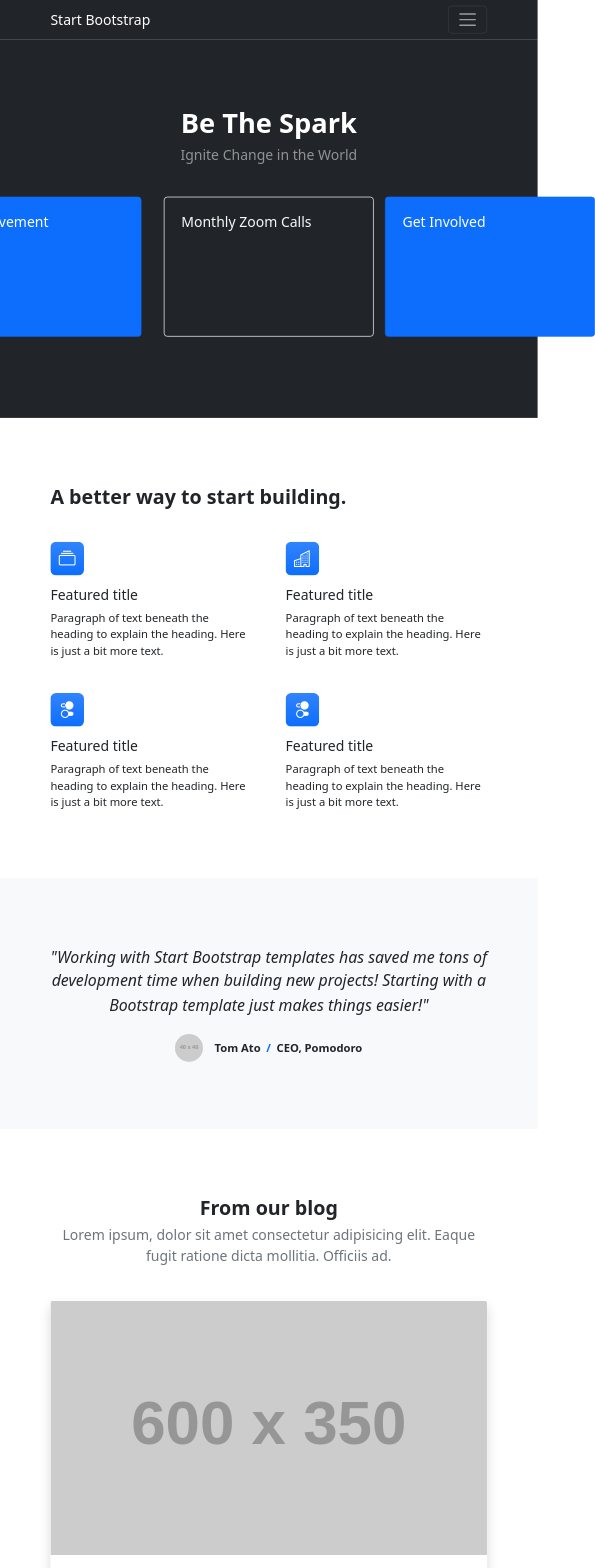
Repository: DragonFruit8/BeTheSpark
Page: index.html
These files come from the project's save history. The page is drawn as it stood at one moment and after the next save; the edit follows.
The browser window is 768 px wide. The page is 850 px wide, then 768 px, so the pictures cover 850 px, including what lies to the right of the window. The pictures show the part of the page from y = 0 to 2240 px (the page is 4286 px tall), at 70% of full size.

Above is the page before, as saved 2024-01-05 08:20:38.

### index.html
<!DOCTYPE html>
<html lang="en">
    <head>
        <meta charset="utf-8" />
        <meta name="viewport" content="width=device-width, initial-scale=1, shrink-to-fit=no" />
        <meta name="description" content="" />
        <meta name="author" content="" />
        <title>Modern Business - Start Bootstrap Template</title>
        <!-- Favicon-->
        <link rel="icon" type="image/x-icon" href="assets/favicon.ico" />
        <!-- Bootstrap icons-->
        <link href="https://cdn.jsdelivr.net/npm/bootstrap-icons@1.5.0/font/bootstrap-icons.css" rel="stylesheet" />
        <!-- Core theme CSS (includes Bootstrap)-->
        <link href="css/styles.css" rel="stylesheet" />
        <link href="css/home.css" rel="stylesheet" />
    </head>
    <body class="d-flex flex-column h-100">
        <main class="flex-shrink-0">
            <!-- Navigation-->
            <nav class="navbar navbar-expand-lg navbar-dark bg-dark">
                <div class="container px-5">
                    <a class="navbar-brand" href="index.html">Start Bootstrap</a>
                    <button class="navbar-toggler" type="button" data-bs-toggle="collapse" data-bs-target="#navbarSupportedContent" aria-controls="navbarSupportedContent" aria-expanded="false" aria-label="Toggle navigation"><span class="navbar-toggler-icon"></span></button>
                    <div class="collapse navbar-collapse" id="navbarSupportedContent">
                        <ul class="navbar-nav ms-auto mb-2 mb-lg-0">
                            <li class="nav-item"><a class="nav-link" href="index.html">Home</a></li>
                            <li class="nav-item"><a class="nav-link" href="about.html">About</a></li>
                            <li class="nav-item"><a class="nav-link" href="contact.html">Contact</a></li>
                            <li class="nav-item"><a class="nav-link" href="pricing.html">Pricing</a></li>
                            <li class="nav-item"><a class="nav-link" href="faq.html">FAQ</a></li>
                            <li class="nav-item dropdown">
                                <a class="nav-link dropdown-toggle" id="navbarDropdownBlog" href="#" role="button" data-bs-toggle="dropdown" aria-expanded="false">Blog</a>
                                <ul class="dropdown-menu dropdown-menu-end" aria-labelledby="navbarDropdownBlog">
                                    <li><a class="dropdown-item" href="blog-home.html">Blog Home</a></li>
                                    <li><a class="dropdown-item" href="blog-post.html">Blog Post</a></li>
                                </ul>
                            </li>
                            <li class="nav-item dropdown">
                                <a class="nav-link dropdown-toggle" id="navbarDropdownPortfolio" href="#" role="button" data-bs-toggle="dropdown" aria-expanded="false">Portfolio</a>
                                <ul class="dropdown-menu dropdown-menu-end" aria-labelledby="navbarDropdownPortfolio">
                                    <li><a class="dropdown-item" href="portfolio-overview.html">Portfolio Overview</a></li>
                                    <li><a class="dropdown-item" href="portfolio-item.html">Portfolio Item</a></li>
                                </ul>
                            </li>
                        </ul>
                    </div>
                </div>
            </nav>
            <!-- Header-->
            <header class="bg-dark py-5">
                <div class="container px-5">
                    <div class="row gx-5 align-items-center justify-content-center">
                        <div class="col-lg-8 col-xl-7 col-xxl-6">
                            <div class="my-5 text-center text-xl-start">
                                <h1 class="display-5 fw-bolder text-white mb-2">Be The Spark</h1>
                                <p class="lead fw-normal text-white-50 mb-4">Ignite Change in the World</p>
                                <div id="CTA" class="d-grid gap-3 d-sm-flex justify-content-sm-center justify-content-xl-start">
                                    <a class="btn btn-primary w-100 h-100 btn-lg px-4 me-sm-3" href="#features">Our Movement</a>
                                    <a class="btn btn-outline-light w-100 h-100 btn-lg px-4" href="#!">Monthly Zoom Calls</a>
                                    <a class="btn btn-primary btn-lg w-100 h-100 px-4 me-sm-3" href="#features">Get Involved </a>
                                </div>
                            </div>
                        </div>
                        <div class="col-xl-5 col-xxl-6 d-none d-xl-block text-center"><img class="img-fluid rounded-3 my-5" src="https://dummyimage.com/600x400/343a40/6c757d" alt="..." /></div>
                    </div>
                </div>
            </header>
            <!-- Features section-->
            <section class="py-5" id="features">
                <div class="container px-5 my-5">
                    <div class="row gx-5">
                        <div class="col-lg-4 mb-5 mb-lg-0"><h2 class="fw-bolder mb-0">A better way to start building.</h2></div>
                        <div class="col-lg-8">
                            <div class="row gx-5 row-cols-1 row-cols-md-2">
                                <div class="col mb-5 h-100">
                                    <div class="feature bg-primary bg-gradient text-white rounded-3 mb-3"><i class="bi bi-collection"></i></div>
                                    <h2 class="h5">Featured title</h2>
                                    <p class="mb-0">Paragraph of text beneath the heading to explain the heading. Here is just a bit more text.</p>
                                </div>
                                <div class="col mb-5 h-100">
                                    <div class="feature bg-primary bg-gradient text-white rounded-3 mb-3"><i class="bi bi-building"></i></div>
                                    <h2 class="h5">Featured title</h2>
                                    <p class="mb-0">Paragraph of text beneath the heading to explain the heading. Here is just a bit more text.</p>
                                </div>
                                <div class="col mb-5 mb-md-0 h-100">
                                    <div class="feature bg-primary bg-gradient text-white rounded-3 mb-3"><i class="bi bi-toggles2"></i></div>
                                    <h2 class="h5">Featured title</h2>
                                    <p class="mb-0">Paragraph of text beneath the heading to explain the heading. Here is just a bit more text.</p>
                                </div>
                                <div class="col h-100">
                                    <div class="feature bg-primary bg-gradient text-white rounded-3 mb-3"><i class="bi bi-toggles2"></i></div>
                                    <h2 class="h5">Featured title</h2>
                                    <p class="mb-0">Paragraph of text beneath the heading to explain the heading. Here is just a bit more text.</p>
                                </div>
                            </div>
                        </div>
                    </div>
                </div>
            </section>
            <!-- Testimonial section-->
            <div class="py-5 bg-light">
                <div class="container px-5 my-5">
                    <div class="row gx-5 justify-content-center">
                        <div class="col-lg-10 col-xl-7">
                            <div class="text-center">
                                <div class="fs-4 mb-4 fst-italic">"Working with Start Bootstrap templates has saved me tons of development time when building new projects! Starting with a Bootstrap template just makes things easier!"</div>
                                <div class="d-flex align-items-center justify-content-center">
                                    <img class="rounded-circle me-3" src="https://dummyimage.com/40x40/ced4da/6c757d" alt="..." />
                                    <div class="fw-bold">
                                        Tom Ato
                                        <span class="fw-bold text-primary mx-1">/</span>
                                        CEO, Pomodoro
                                    </div>
                                </div>
                            </div>
                        </div>
                    </div>
                </div>
            </div>
            <!-- Blog preview section-->
            <section class="py-5">
                <div class="container px-5 my-5">
                    <div class="row gx-5 justify-content-center">
                        <div class="col-lg-8 col-xl-6">
                            <div class="text-center">
                                <h2 class="fw-bolder">From our blog</h2>
                                <p class="lead fw-normal text-muted mb-5">Lorem ipsum, dolor sit amet consectetur adipisicing elit. Eaque fugit ratione dicta mollitia. Officiis ad.</p>
                            </div>
                        </div>
                    </div>
                    <div class="row gx-5">
                        <div class="col-lg-4 mb-5">
                            <div class="card h-100 shadow border-0">
                                <img class="card-img-top" src="https://dummyimage.com/600x350/ced4da/6c757d" alt="..." />
                                <div class="card-body p-4">
                                    <div class="badge bg-primary bg-gradient rounded-pill mb-2">News</div>
                                    <a class="text-decoration-none link-dark stretched-link" href="#!"><h5 class="card-title mb-3">Blog post title</h5></a>
                                    <p class="card-text mb-0">Some quick example text to build on the card title and make up the bulk of the card's content.</p>
                                </div>
                                <div class="card-footer p-4 pt-0 bg-transparent border-top-0">
                                    <div class="d-flex align-items-end justify-content-between">
                                        <div class="d-flex align-items-center">
                                            <img class="rounded-circle me-3" src="https://dummyimage.com/40x40/ced4da/6c757d" alt="..." />
                                            <div class="small">
                                                <div class="fw-bold">Kelly Rowan</div>
                                                <div class="text-muted">March 12, 2023 &middot; 6 min read</div>
                                            </div>
                                        </div>
                                    </div>
                                </div>
                            </div>
                        </div>
                        <div class="col-lg-4 mb-5">
                            <div class="card h-100 shadow border-0">
                                <img class="card-img-top" src="https://dummyimage.com/600x350/adb5bd/495057" alt="..." />
                                <div class="card-body p-4">
                                    <div class="badge bg-primary bg-gradient rounded-pill mb-2">Media</div>
                                    <a class="text-decoration-none link-dark stretched-link" href="#!"><h5 class="card-title mb-3">Another blog post title</h5></a>
                                    <p class="card-text mb-0">This text is a bit longer to illustrate the adaptive height of each card. Some quick example text to build on the card title and make up the bulk of the card's content.</p>
                                </div>
                                <div class="card-footer p-4 pt-0 bg-transparent border-top-0">
                                    <div class="d-flex align-items-end justify-content-between">
                                        <div class="d-flex align-items-center">
                                            <img class="rounded-circle me-3" src="https://dummyimage.com/40x40/ced4da/6c757d" alt="..." />
                                            <div class="small">
                                                <div class="fw-bold">Josiah Barclay</div>
                                                <div class="text-muted">March 23, 2023 &middot; 4 min read</div>
                                            </div>
                                        </div>
                                    </div>
                                </div>
                            </div>
                        </div>
                        <div class="col-lg-4 mb-5">
                            <div class="card h-100 shadow border-0">
                                <img class="card-img-top" src="https://dummyimage.com/600x350/6c757d/343a40" alt="..." />
                                <div class="card-body p-4">
                                    <div class="badge bg-primary bg-gradient rounded-pill mb-2">News</div>
                                    <a class="text-decoration-none link-dark stretched-link" href="#!"><h5 class="card-title mb-3">The last blog post title is a little bit longer than the others</h5></a>
                                    <p class="card-text mb-0">Some more quick example text to build on the card title and make up the bulk of the card's content.</p>
                                </div>
                                <div class="card-footer p-4 pt-0 bg-transparent border-top-0">
                                    <div class="d-flex align-items-end justify-content-between">
                                        <div class="d-flex align-items-center">
                                            <img class="rounded-circle me-3" src="https://dummyimage.com/40x40/ced4da/6c757d" alt="..." />
                                            <div class="small">
                                                <div class="fw-bold">Evelyn Martinez</div>
                                                <div class="text-muted">April 2, 2023 &middot; 10 min read</div>
                                            </div>
                                        </div>
                                    </div>
                                </div>
                            </div>
                        </div>
                    </div>
                    <!-- Call to action-->
                    <aside class="bg-primary bg-gradient rounded-3 p-4 p-sm-5 mt-5">
                        <div class="d-flex align-items-center justify-content-between flex-column flex-xl-row text-center text-xl-start">
                            <div class="mb-4 mb-xl-0">
                                <div class="fs-3 fw-bold text-white">New products, delivered to you.</div>
                                <div class="text-white-50">Sign up for our newsletter for the latest updates.</div>
                            </div>
                            <div class="ms-xl-4">
                                <div class="input-group mb-2">
                                    <input class="form-control" type="text" placeholder="Email address..." aria-label="Email address..." aria-describedby="button-newsletter" />
                                    <button class="btn btn-outline-light" id="button-newsletter" type="button">Sign up</button>
                                </div>
                                <div class="small text-white-50">We care about privacy, and will never share your data.</div>
                            </div>
                        </div>
                    </aside>
                </div>
            </section>
        </main>
        <!-- Footer-->
        <footer class="bg-dark py-4 mt-auto">
            <div class="container px-5">
                <div class="row align-items-center justify-content-between flex-column flex-sm-row">
                    <div class="col-auto"><div class="small m-0 text-white">Copyright &copy; Your Website 2023</div></div>
                    <div class="col-auto">
                        <a class="link-light small" href="#!">Privacy</a>
                        <span class="text-white mx-1">&middot;</span>
                        <a class="link-light small" href="#!">Terms</a>
                        <span class="text-white mx-1">&middot;</span>
                        <a class="link-light small" href="#!">Contact</a>
                    </div>
                </div>
            </div>
        </footer>
        <!-- Bootstrap core JS-->
        <script src="https://cdn.jsdelivr.net/npm/bootstrap@5.2.3/dist/js/bootstrap.bundle.min.js"></script>
        <!-- Core theme JS-->
        <script src="js/scripts.js"></script>
    </body>
</html>

### css/home.css
#CTA a{
    display: flex;
    min-height:300px;
    min-width: 300px;
    padding: 20px;
    margin-top: 20px;
    margin-bottom: 20px;
    border-radius: 5px;
}

@media (max-width: 768px) {
    #CTA a{
        display: inline-flex;
        min-height:200px;
        min-width: 300px;
        padding: 20px;
        margin-top: 20px;
        margin-bottom: 20px;
        border-radius: 5px;
    }
}

Loaded but not shown: css/styles.css (library); js/scripts.js (common file)

After the next save:
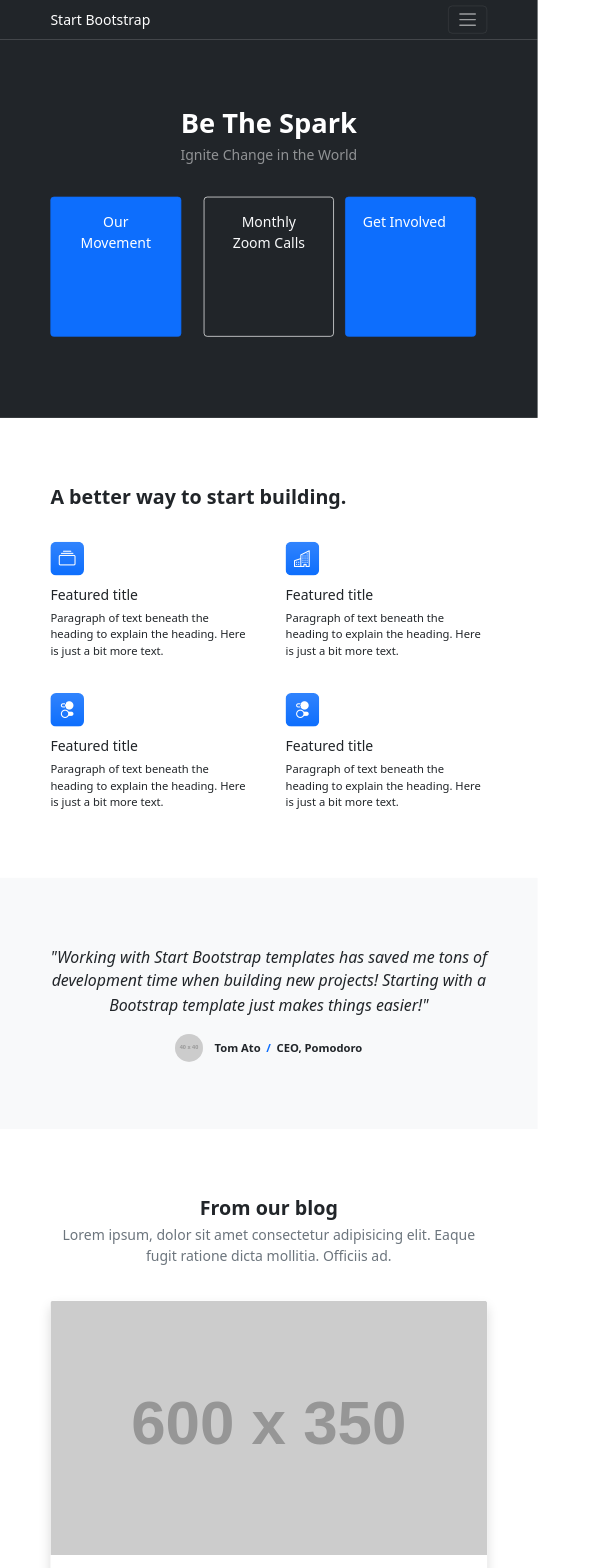
Saved 4 s later.
--- a/css/home.css
+++ b/css/home.css
@@ -12,7 +12,7 @@
     #CTA a{
         display: inline-flex;
         min-height:200px;
-        min-width: 300px;
+        min-width: 100px;
         padding: 20px;
         margin-top: 20px;
         margin-bottom: 20px;
